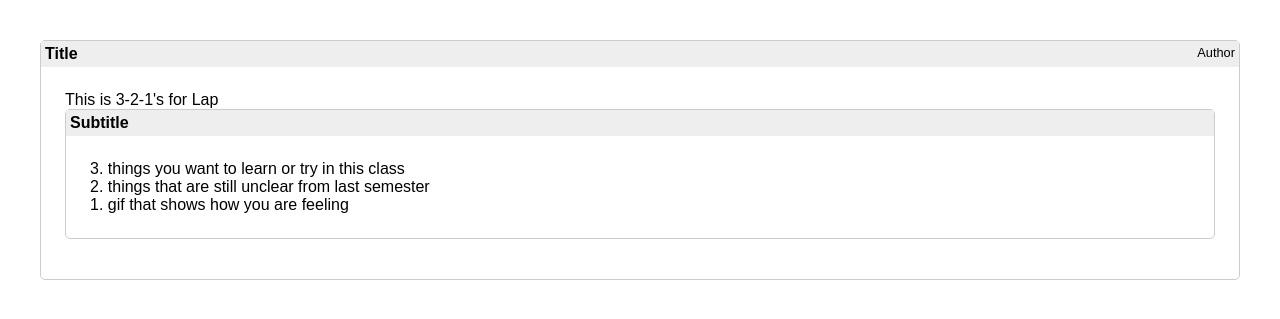
Repository: HyunJunggggg/MDIA2109
Page: index.html
An editor plug-in stored every save of this project. The page is shown before and after the next save, followed by the edit.
The browser window is 1280 px wide. The pictures show the whole page.

Above is the page before, as saved 2025-01-23 15:49:47.

### index.html
<!DOCTYPE html>
<html lang="en">
    <head>
        <!-- Meta -->
        <meta charset="UTF-8" />
        <meta name="viewport" content="width=device-width, initial-scale=1.0" />
        <link rel="stylesheet" href="style.css" />
        <title>HyunJung's Blog 😉</title>
    </head>

    <!-- body -->
    <body>
        <section>
            <div class="container" id="rats-ass">
                <header class="container__header">
                    <div class="container__title">Title</div>
                    <div class="container__contextual--info">Author</div>
                </header>
                <div class="container__content">
                    This is 3-2-1's for Lap

                    <div class="container">
                        <header class="container__header">
                            <div class="container__title">Subtitle</div>
                        </header>
                        <div class="container__content">
                            <ul>
                                <li>
                                    3. things you want to learn or try in this
                                    class
                                </li>
                                <li>
                                    2. things that are still unclear from last
                                    semester
                                </li>
                                <li>1. gif that shows how you are feeling</li>
                            </ul>
                        </div>
                    </div>
                </div>
            </div>
        </section>
    </body>
</html>

### style.css
/* Reset */
body {
}

ul,
ol,
dl {
    list-style-type: none;
    padding: 0;
    margin: 0;
}

/* Basic */
html {
    font-family: Arial, Helvetica, sans-serif;
}

body {
    padding: 2em;
}
a {
    text-decoration: none;
}

p {
    font-weight: bold;
    font-size: 18px;
}
/* Component style */
.container {
    margin-bottom: 1em;
    border: 1px solid #cccccc !important;
    border-radius: 5px;
  }

  #rats-ass {
    border-color: red;
  }

  .container__header {
    background-color: #eee;
    padding: 0.25em;
    display: flex;
    justify-content: space-between;
  }
  .container__title {
    font-weight: bold;
  }

  .container__contextual--info {
    font-size: 0.8em;
  }

  .container__content {
    padding: 0.75em;
    margin: 0.75em;
}

.container__content--tight {
    margin: 0;
}
/* Utility style */
.timeline {
}

After the next save:
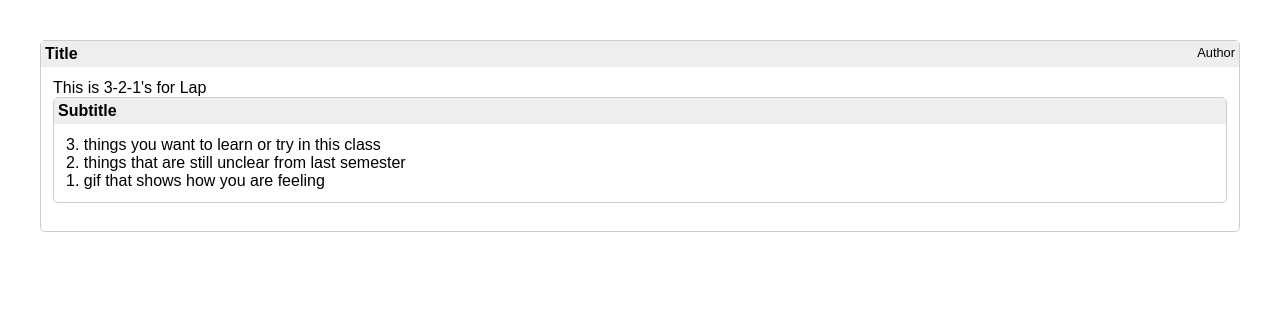
Saved 10 s later.
--- a/style.css
+++ b/style.css
@@ -31,29 +31,28 @@ p {
     margin-bottom: 1em;
     border: 1px solid #cccccc !important;
     border-radius: 5px;
-  }
+}
 
-  #rats-ass {
+#rats-ass {
     border-color: red;
-  }
+}
 
-  .container__header {
+.container__header {
     background-color: #eee;
     padding: 0.25em;
     display: flex;
     justify-content: space-between;
-  }
-  .container__title {
+}
+.container__title {
     font-weight: bold;
-  }
+}
 
-  .container__contextual--info {
+.container__contextual--info {
     font-size: 0.8em;
-  }
+}
 
-  .container__content {
+.container__content {
     padding: 0.75em;
-    margin: 0.75em;
 }
 
 .container__content--tight {
